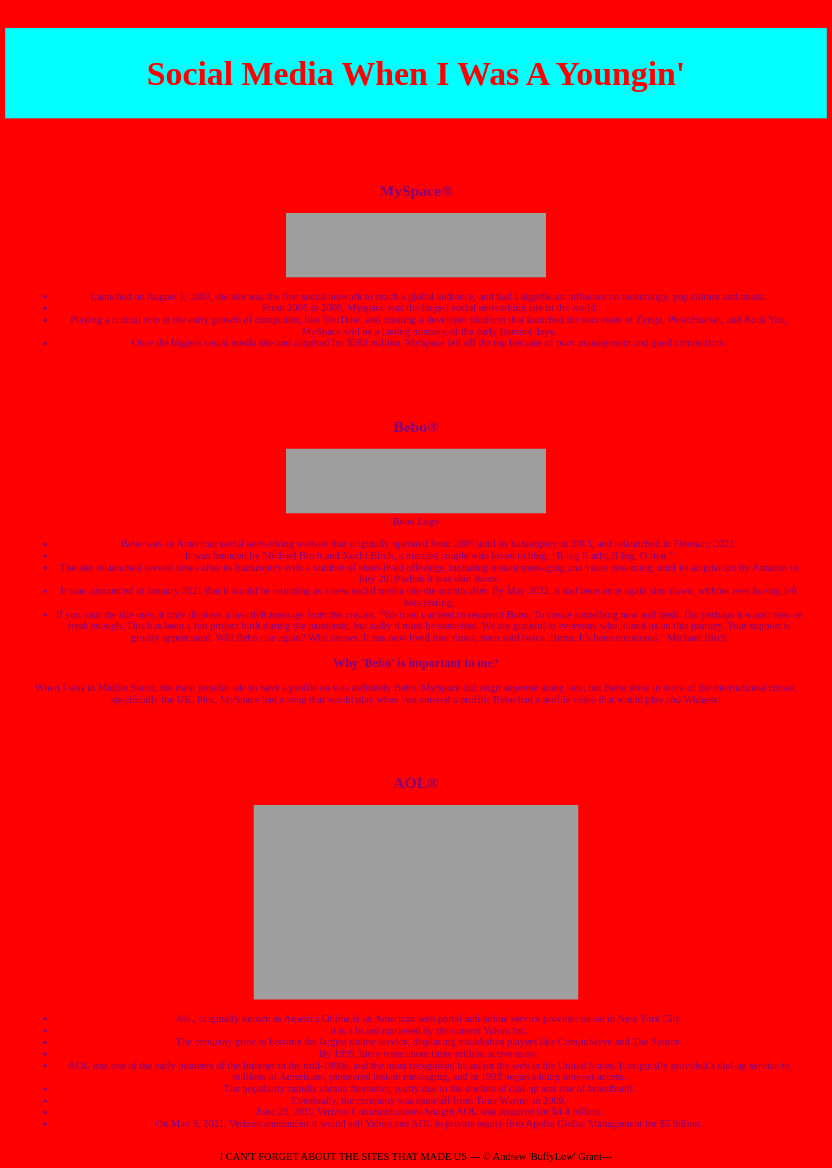
Repository: AndrewGrantt/LC101
Page: LC101/js-assignment-4-html-me-something-buffylow/index.html
These files come from the project's save history. The page is drawn as it stood at one moment and after the next save; the edit follows.
The browser window is 1280 px wide. The pictures show the whole page, at 65% of full size.
Pictures or frames that could not be fetched are drawn as grey boxes.

Above is the page before, as saved 2022-07-18 23:33:56.

After the next save:
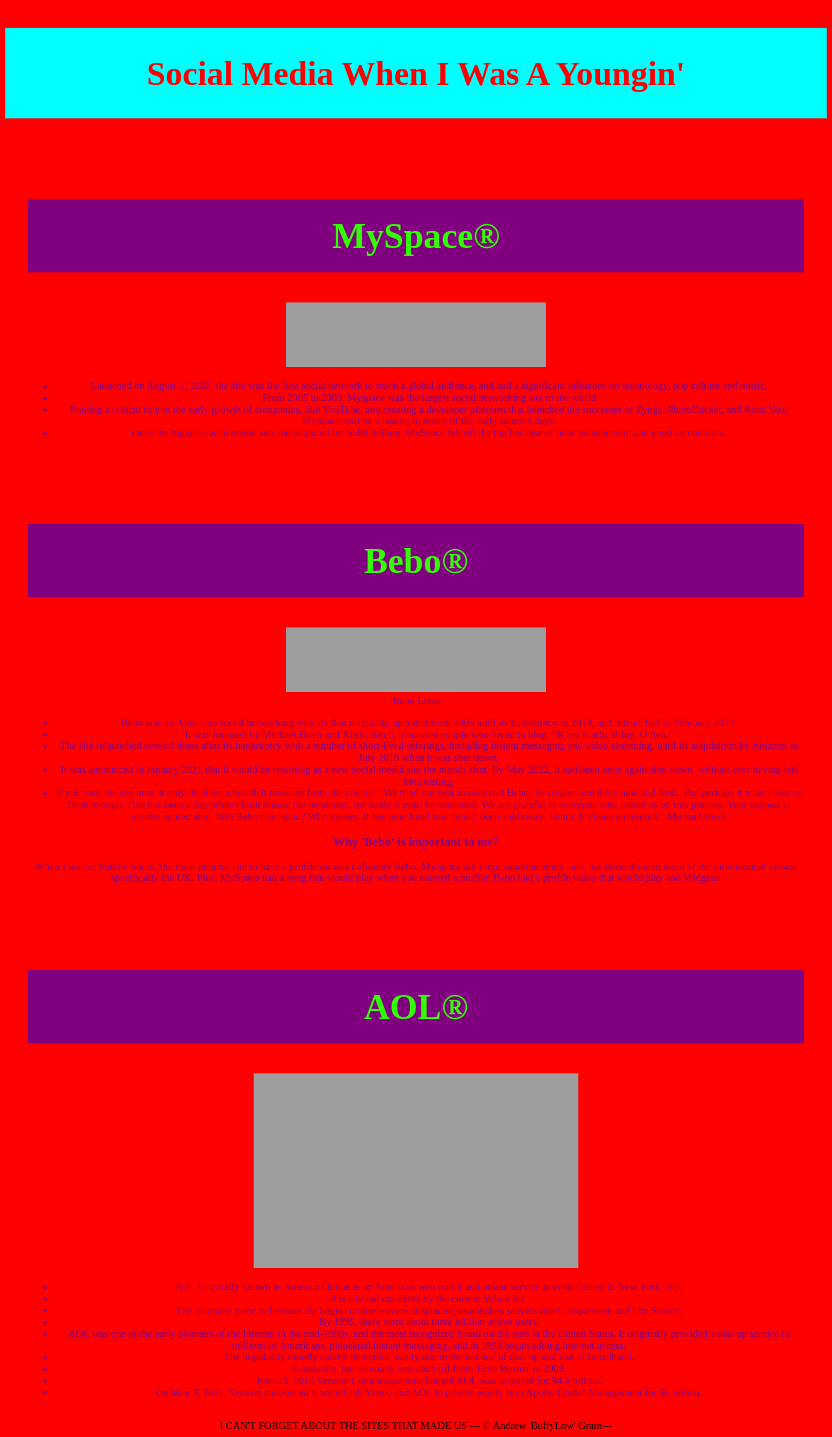
Saved 99 s later.
--- a/LC101/js-assignment-4-html-me-something-buffylow/styles.css
+++ b/LC101/js-assignment-4-html-me-something-buffylow/styles.css
@@ -23,15 +23,15 @@
 
     .funParagraph{
         color:green
-        font-size: 40px
+        font-size: 40 px;
     }
-    /* #headcolor{
+    #headcolor{
         color:rgb(51, 255, 0);
         padding: 25px;
         background-color: purple;
         font-size: 55px;
 
-    } */
+    }
     #foot{
       color:black;
       text-align:center;
